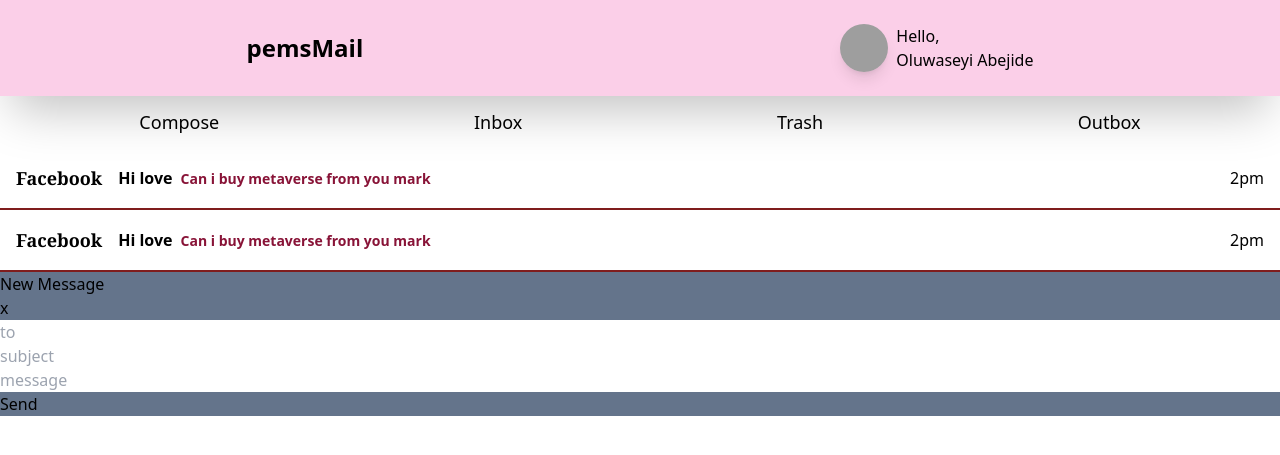
Repository: Semanmernstack/mailclone
Page: /
These files come from the project's save history. The page is drawn as it stood at one moment and after the next save; the edit follows.
The browser window is 1280 px wide. The pictures show the whole page.
Pictures or frames that could not be fetched are drawn as grey boxes. The project was rebuilt for these pictures with package versions that can differ from the ones it lists, and the page was loaded fresh each time. Also part of the build but not shown: src/features/counter/Counter.module.css, src/features/counter/Counter.js, src/Mail.js.

Above is the page before, as saved 2023-01-16 03:46:55.

After the next save:
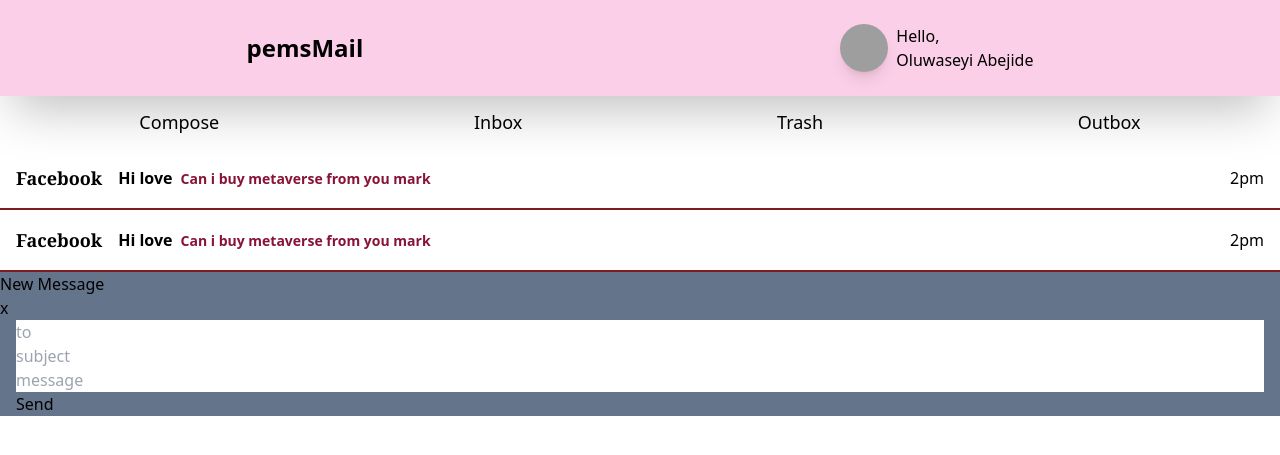
Saved 32 s later.
--- a/src/SendMail.js
+++ b/src/SendMail.js
@@ -10,7 +10,7 @@ function SendMail() {
                 <h3>New Message</h3>
                 <button   >x</button>
             </div>
-            <form onSubmit={handleSubmit(onSubmit)} className="flex flex-col" >
+            <form onSubmit={handleSubmit(onSubmit)} className="flex flex-col mx-4" >
                 <input type="emails"
                     placeholder='to'
                     {...register("to", { required: true })}
